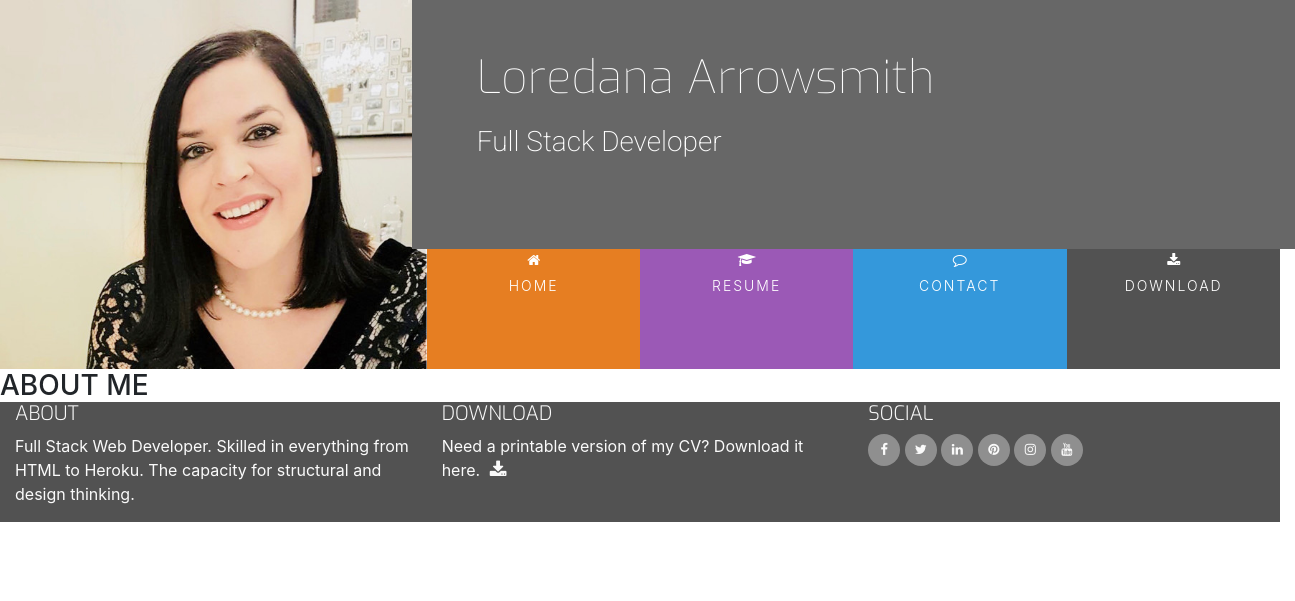
Repository: lolalongo11/Loredana-Resume
Page: assets/resume.html
The author's editor kept a record of every edit. The page is drawn from the files as they stood at one moment, then again after the next edit.
The browser window is 1280 px wide. The page is 1295 px wide, so the pictures cover 1295 px, including what lies to the right of the window. The pictures show the whole page.

Above is the page before.

After the next edit:
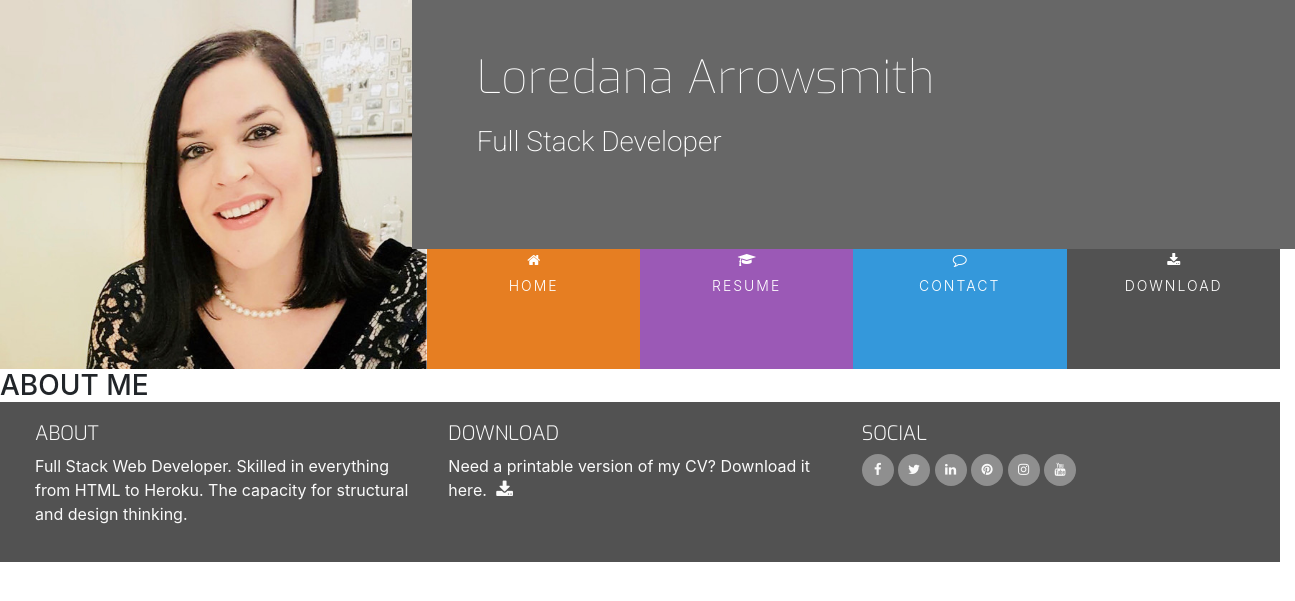
The edit:
--- a/assets/css/style.css
+++ b/assets/css/style.css
@@ -186,3 +186,7 @@
 .social-links li a i:hover {
     background: #e84610;
 }
+
+#footer-details{
+    padding: 20px;
+}
